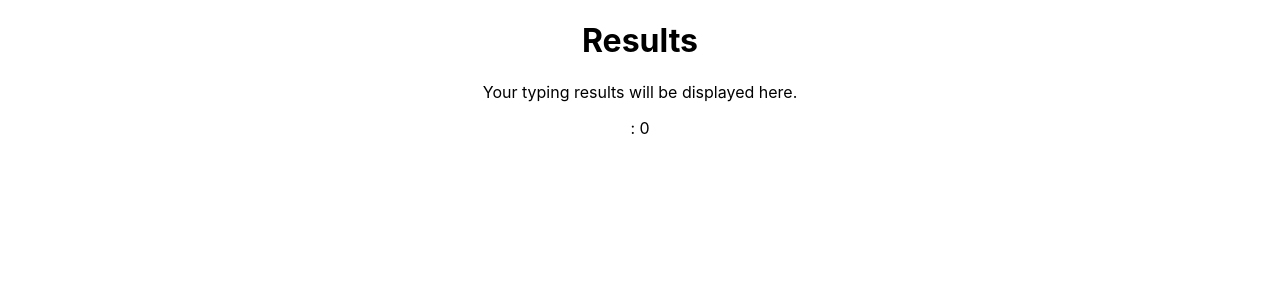
Repository: abhaysharma20233009/swiftKey
Page: /results (app in frontend/my-app/)
An editor plug-in stored every save of this project. The page is shown before and after the next save, followed by the edit.
The browser window is 1280 px wide. The pictures show the whole page.
The page's requests for data from a server got no answer. The project was rebuilt for these pictures with package versions that can differ from the ones it lists, and the page was loaded fresh each time. No one was signed in, and anything a server would have sent is missing. Also part of the build but not shown: frontend/my-app/src/Swifts.js, frontend/my-app/src/Login.js.

Above is the page before, as saved 2024-10-10 13:37:15.

### frontend/my-app/src/App.js
//App.js

import './App.css';
import React from 'react';
import { BrowserRouter as Router, Route, Routes } from 'react-router-dom';
import Swift from './Swifts';
import Results from './Results';
import Login from './Login';
const App = () => {
    return (
        <Router>
			<div className="App">
            <Routes>
                <Route path="/" element={<Swift />} />
                <Route path="/results" element={<Results />} />
                <Route path="/login" element={<Login />} />
            </Routes>
			</div>
        </Router>
    );
};

export default App;

### frontend/my-app/src/Results.js
import React from 'react';
import { useLocation } from 'react-router-dom';

function Results() {
    const location = useLocation();
    const word_typed= location.state?.currentWordIndex || 0; // Get currentWordIndex from state
    const username =location.state?.username||'';
    const fun=async ()=>{
        try {

            const response = await fetch('http://localhost:7000/check-user', {
                method: 'POST',
                headers: {
                    'Content-Type': 'application/json',
                },
                body: JSON.stringify({username}),
            });

            if (response.ok) {
                await fetch('http://localhost:7000/update-info', {
                method: 'POST',
                headers: {
                    'Content-Type': 'application/json',
                },
                body: JSON.stringify({ username,word_typed}),
            });
            }


        } catch (error) {
            console.error('Error login:', error);
        }
    }

         fun();

    return (
        <div style={{ textAlign: 'center', marginTop: '20px' }}>
            <h1>Results</h1>
            <p>Your typing results will be displayed here.</p>
            <p>{username}: {word_typed}</p>
        </div>
    );
}

export default Results;

Loaded but not shown: frontend/my-app/public/index.html (common file); frontend/my-app/src/index.js (common file); frontend/my-app/src/index.css (common file); frontend/my-app/src/reportWebVitals.js (common file); frontend/my-app/src/App.css (common file)

After the next save:
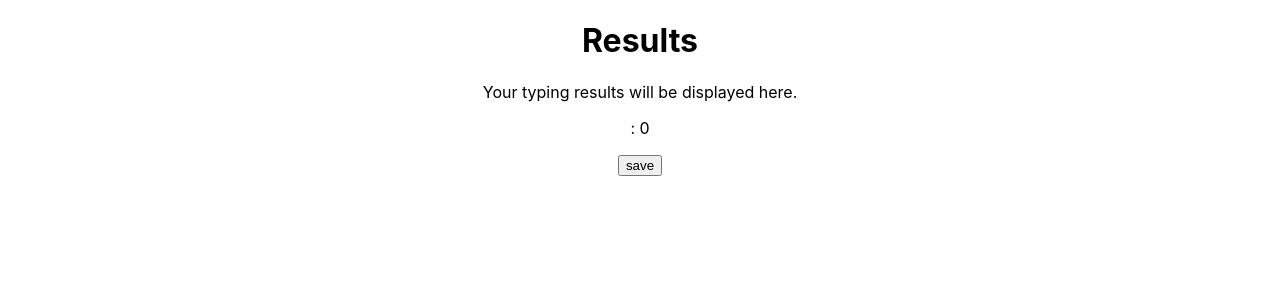
Saved 8 min 52 s later.
--- a/frontend/my-app/src/Results.js
+++ b/frontend/my-app/src/Results.js
@@ -5,6 +5,14 @@ function Results() {
     const location = useLocation();
     const word_typed= location.state?.currentWordIndex || 0; // Get currentWordIndex from state
     const username =location.state?.username||'';
+    const fetchUser = async () => {
+        try {
+            await fetch('http://localhost:7000/update-info');
+
+        } catch (error) {
+            console.error('Error fetching info:', error);
+        }
+    };
     const fun=async ()=>{
         try {
 
@@ -24,6 +32,7 @@ function Results() {
                 },
                 body: JSON.stringify({ username,word_typed}),
             });
+            await fetchUser();
             }
 
 
@@ -32,13 +41,14 @@ function Results() {
         }
     }
 
-         fun();
+
 
     return (
         <div style={{ textAlign: 'center', marginTop: '20px' }}>
             <h1>Results</h1>
             <p>Your typing results will be displayed here.</p>
             <p>{username}: {word_typed}</p>
+            <button onClick={fun}>save</button>
         </div>
     );
 }
